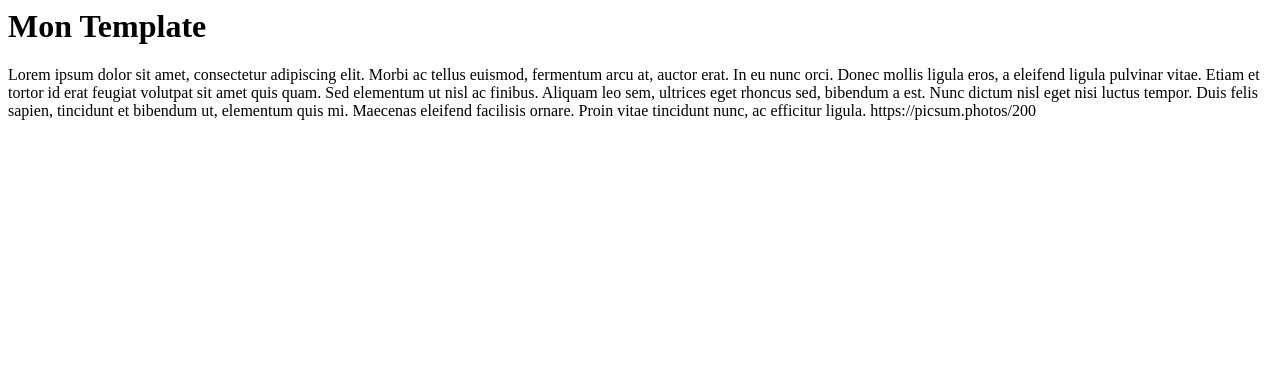
Repository: alvesamour/wf
Page: http://localhost/views/homepage.html.php
An editor plug-in stored every save of this project. The page is shown before and after the next save, followed by the edit.
The browser window is 1280 px wide. The pictures show the whole page.
Pictures or frames that could not be fetched are drawn as grey boxes. The page is run by PHP 8.4 with error messages shown; the project is at /var/www/html/.

Above is the page before, as saved 2018-11-19 09:28:08.

After the next save:
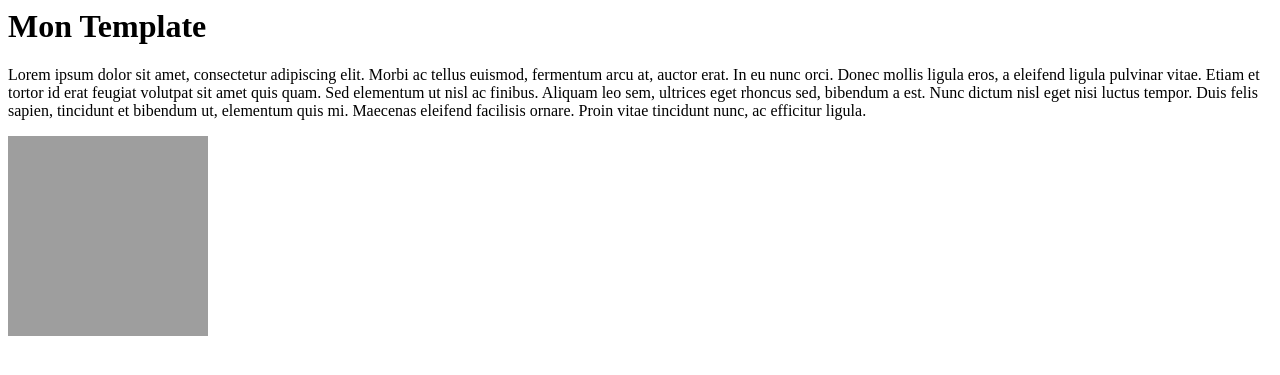
Saved 75 s later.
--- a/OOP/microforce/views/homepage.html.php
+++ b/OOP/microforce/views/homepage.html.php
@@ -10,9 +10,9 @@
 
 		<p>
 			Lorem ipsum dolor sit amet, consectetur adipiscing elit. Morbi ac tellus euismod, fermentum arcu at, auctor erat. In eu nunc orci. Donec mollis ligula eros, a eleifend ligula pulvinar vitae. Etiam et tortor id erat feugiat volutpat sit amet quis quam. Sed elementum ut nisl ac finibus. Aliquam leo sem, ultrices eget rhoncus sed, bibendum a est. Nunc dictum nisl eget nisi luctus tempor. Duis felis sapien, tincidunt et bibendum ut, elementum quis mi. Maecenas eleifend facilisis ornare. Proin vitae tincidunt nunc, ac efficitur ligula.
-			https://picsum.photos/200
+
 		</p>
-
+		<img src="https://picsum.photos/200" alt="Aleatoire">
 
 	</body>
 </html>
